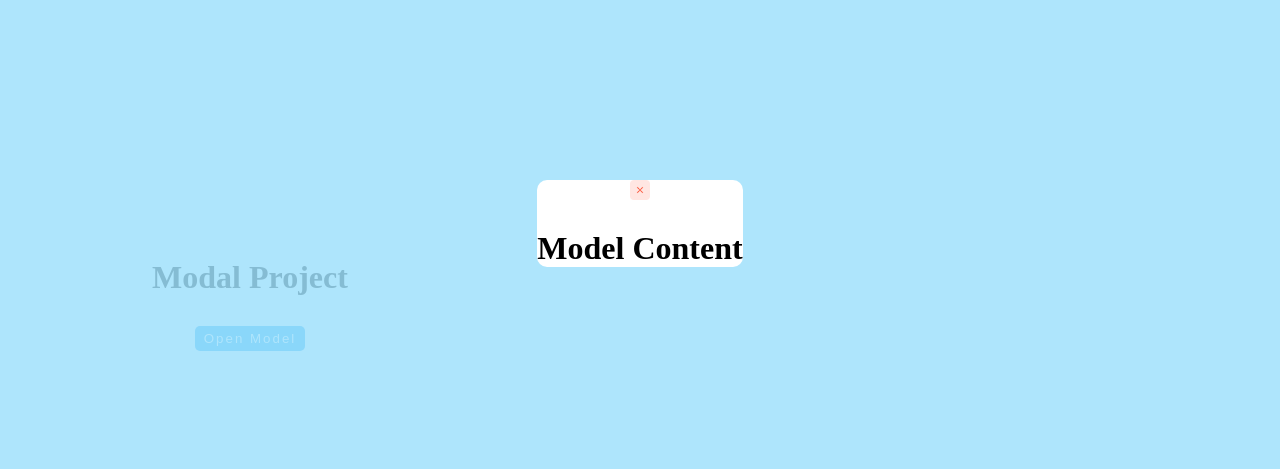
Repository: Trapti10/20-js-practice-projects-in-7-days-challenge
Page: Project_4_Modal_Project/index.html
An editor plug-in stored every save of this project. The page is shown before and after the next save, followed by the edit.
The browser window is 1280 px wide. The pictures show the whole page.

Above is the page before, as saved 2025-11-24 11:07:06.

After the next save:
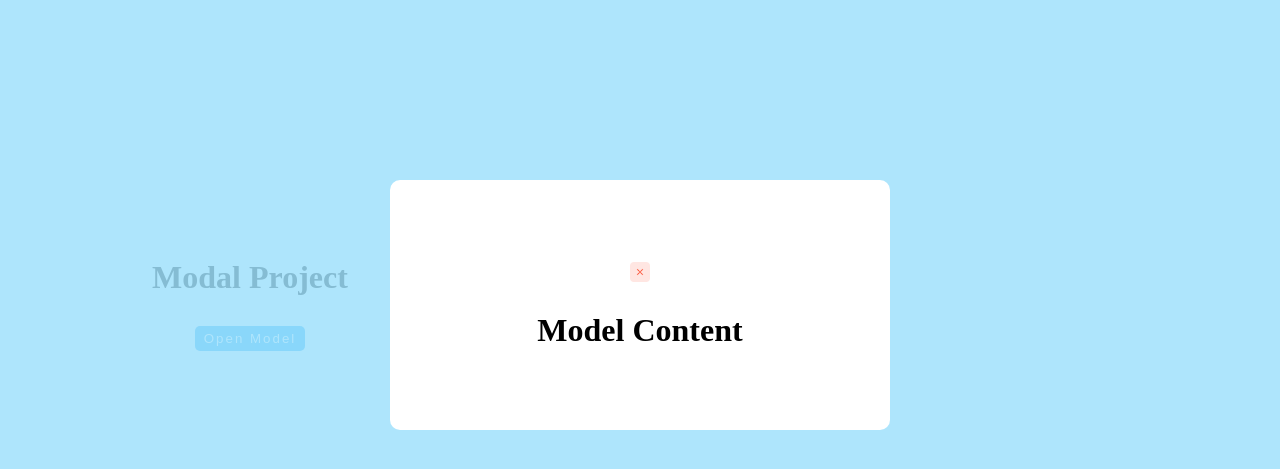
Saved 4 s later.
--- a/Project_4_Modal_Project/style.css
+++ b/Project_4_Modal_Project/style.css
@@ -54,8 +54,6 @@ button:hover{
 .modal-overlay{
     background: rgba(159, 225, 252, 0.84);
     position: fixed;
-    min-height: 250px;
-    min-width: 500px;
     top: 0;
     left: 0;
     width: 100%;
@@ -68,9 +66,11 @@ button:hover{
 }
 
 .madal-container{
-   position: absolute;
+    position: absolute;
     top: 25%;
     background: white;
+    min-height: 250px;
+    min-width: 500px;
 
     display: flex;
     justify-content: center;
